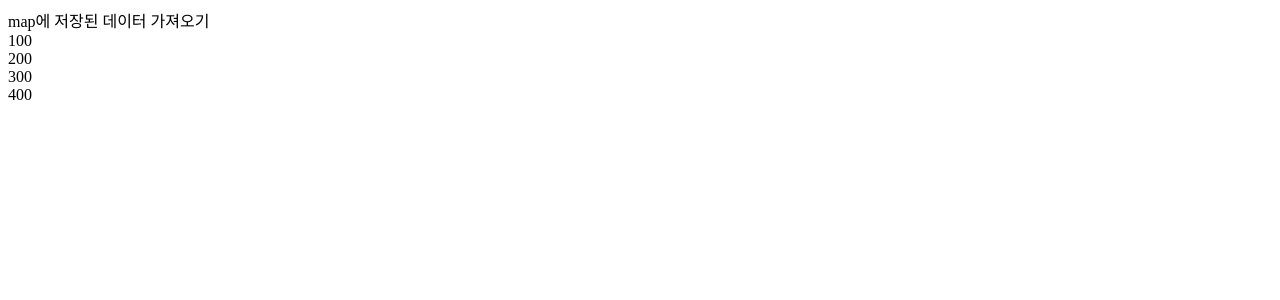
Repository: Heo-sh/Web_Development
Page: http://localhost/Ex_0419_EL/ex03_el.jsp
These files come from the project's save history. The page is drawn as it stood at one moment and after the next save; the edit follows.
The browser window is 1280 px wide. The pictures show the whole page.
The page is served by Tomcat 9. Other server files are loaded and not shown.

Above is the page before, as saved 2023-04-19 07:10:41.

### Ex_0419_EL/WebContent/ex03_el.jsp
<%@page import="java.util.HashMap"%>
<%@page import="java.util.Map"%>
<%@ page language="java" contentType="text/html; charset=UTF-8"
    pageEncoding="UTF-8"%>

<%
	Map<String, Integer> map = new HashMap<>();
	map.put("key1", 100);
	map.put("key2", 200);
	map.put("key3", 300);
	map.put("key4", 400);

	request.setAttribute("myMap", map);
%>

<!DOCTYPE html>
	<html>
	<head>
		<meta charset="UTF-8">
		<title>Insert title here</title>
	</head>
	<body>
		map에 저장된 데이터 가져오기<br>
		${myMap.get("key1")}<br>
		${myMap['key2']}<br>
		${myMap["key3"]}<br>
		${myMap.key4}<br> <!-- 가장 많이 쓰는 방법 -->
	</body>
</html>

After the next save:
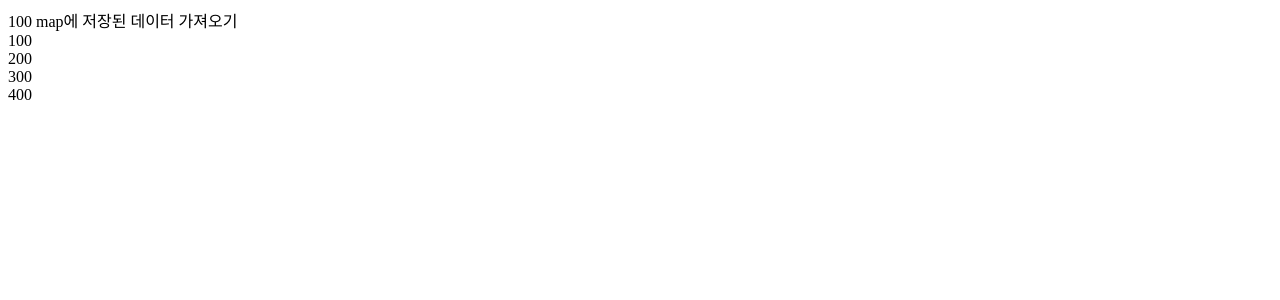
Saved 13 s later.
--- a/Ex_0419_EL/WebContent/ex03_el.jsp
+++ b/Ex_0419_EL/WebContent/ex03_el.jsp
@@ -20,6 +20,7 @@
 		<title>Insert title here</title>
 	</head>
 	<body>
+		<%= map.get("key1") %>
 		map에 저장된 데이터 가져오기<br>
 		${myMap.get("key1")}<br>
 		${myMap['key2']}<br>
